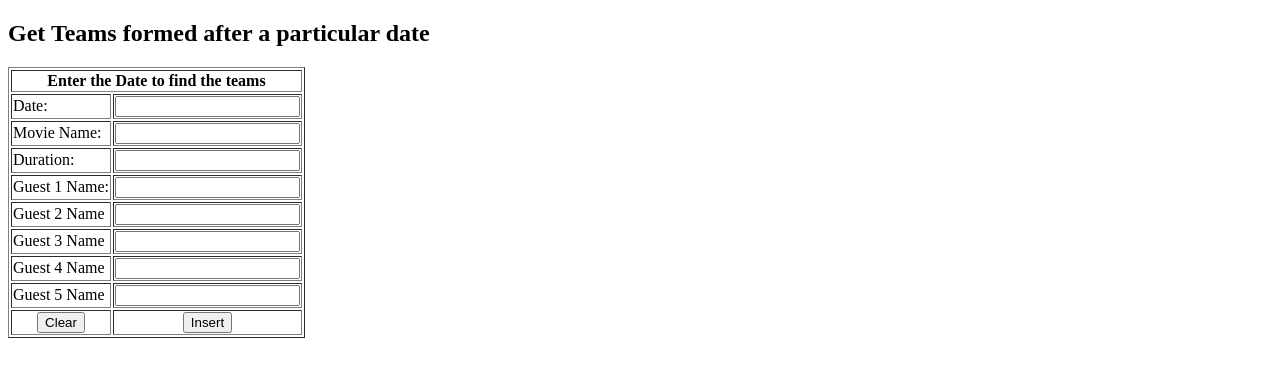
Repository: Harikiran-Madishetti/Patient-Assistance-Network
Page: http://localhost/IP_TASK7/get_teams_form.jsp
An editor plug-in stored every save of this project. The page is shown before and after the next save, followed by the edit.
The browser window is 1280 px wide. The pictures show the whole page.
The page is served by Tomcat 9.

Above is the page before, as saved 2020-11-16 07:51:42.

After the next save:
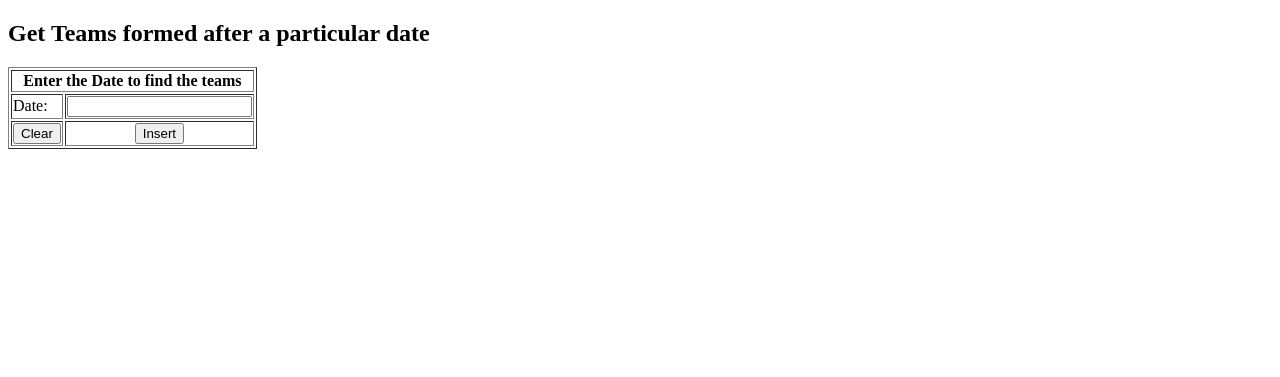
Saved 64 s later.
--- a/JDBC Connector/WEB Application/IP_TASK7/WebContent/get_teams_form.jsp
+++ b/JDBC Connector/WEB Application/IP_TASK7/WebContent/get_teams_form.jsp
@@ -23,48 +23,6 @@
                     </div></td>
                 </tr>
                 <tr>
-                    <td>Movie Name:</td>
-                    <td><div style="text-align: center;">
-                    <input type=text name=movie_name>
-                    </div></td>
-                </tr>
-                <tr>
-                    <td>Duration:</td>
-                    <td><div style="text-align: center;">
-                    <input type=text name=duration_min>
-                    </div></td>
-                </tr>
-                <tr>
-                    <td>Guest 1 Name:</td>
-                    <td><div style="text-align: center;">
-                    <input type=text name=guest_1>
-                    </div></td>
-                </tr>
-                <tr>
-                    <td>Guest 2 Name</td>
-                    <td><div style="text-align: center;">
-                    <input type=text name=guest_2>
-                    </div></td>
-                </tr>
-                <tr>
-                    <td>Guest 3 Name</td>
-                    <td><div style="text-align: center;">
-                    <input type=text name=guest_3>
-                    </div></td>
-                </tr>
-                <tr>
-                    <td>Guest 4 Name</td>
-                    <td><div style="text-align: center;">
-                    <input type=text name=guest_4>
-                    </div></td>
-                </tr>
-                <tr>
-                    <td>Guest 5 Name</td>
-                    <td><div style="text-align: center;">
-                    <input type=text name=guest_5>
-                    </div></td>
-                </tr>
-                <tr>
                     <td><div style="text-align: center;">
                     <input type=reset value=Clear>
                     </div></td>
